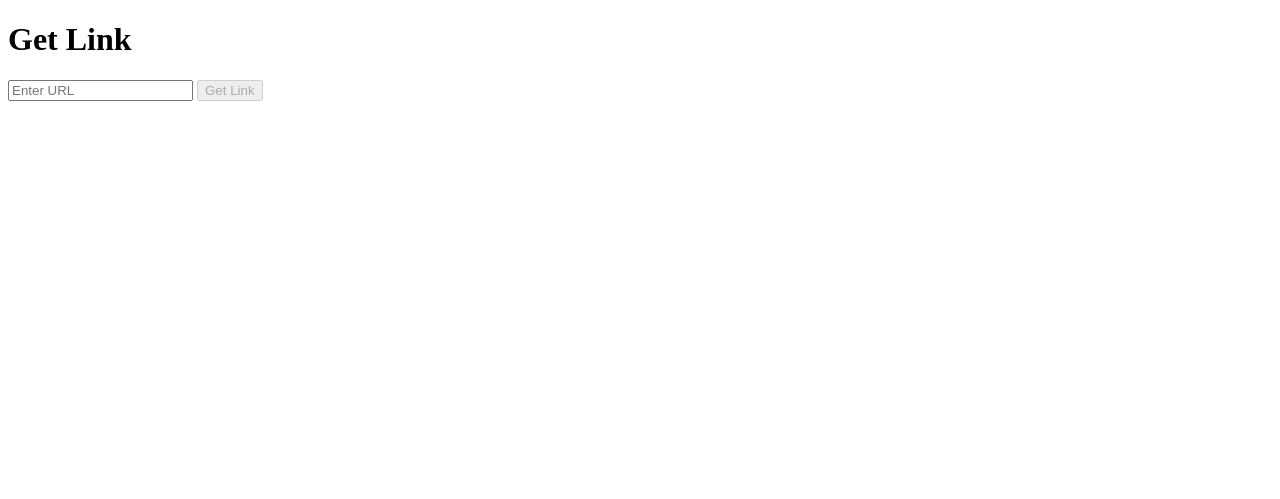
Repository: Dongnguyen318/Quydong
Page: Day 31/index.html
The author's editor kept a copy of each file at every save. The page is drawn from the files as they stood at one save, then again after the next save.
The browser window is 1280 px wide. The pictures show the whole page.

Above is the page before, as saved 2023-10-07 21:12:58.
Not found: Day 31/style.css

After the next save:
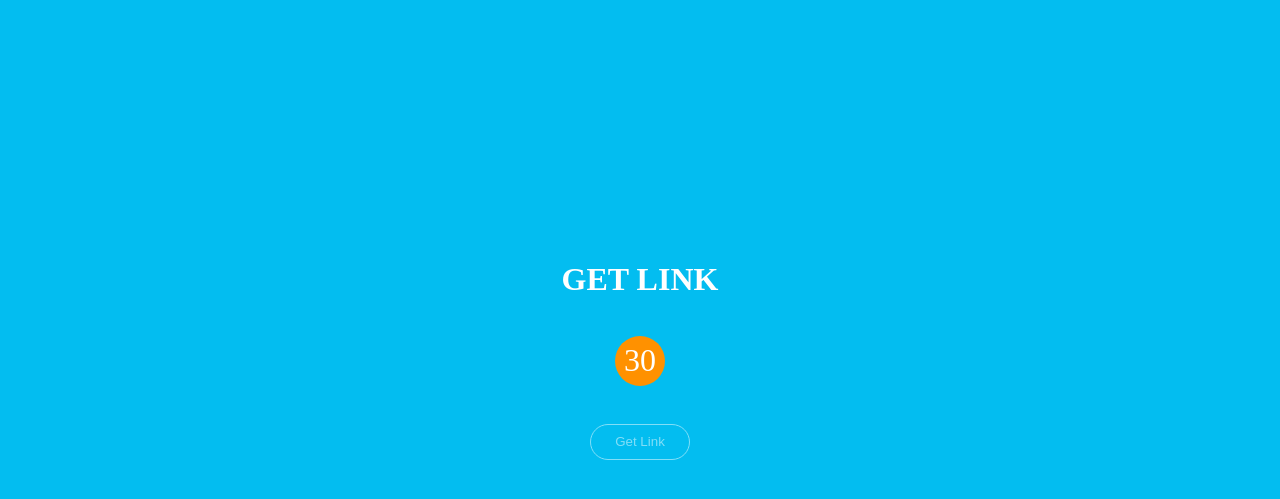
Not found: Day 31/js/main.js
Saved 6 s later.
--- a/Day 31/index.html
+++ b/Day 31/index.html
@@ -2,18 +2,20 @@
 <html lang="en">
   <head>
     <meta charset="UTF-8" />
-    <title>Get Link</title>
-    <link rel="stylesheet" href="style.css" />
+    <meta name="viewport" content="width=device-width, initial-scale=1.0" />
+    <title>Document</title>
+    <link rel="stylesheet" href="./css.css" />
   </head>
   <body>
-    <div class="container">
-      <h1>Get Link</h1>
-      <form action="" method="post">
-        <input type="text" name="url" placeholder="Enter URL" />
-        <button type="submit" disabled>Get Link</button>
-      </form>
-      <div class="links"></div>
-      <div class="timer"></div>
+    <div class="root">
+      <div class="timer">
+        <h1>GET LINK</h1>
+        <span class="count">30</span>
+        <div class="action">
+          <button class="btn" disabled>Get Link</button>
+        </div>
+      </div>
     </div>
+    <script src="./js/main.js"></script>
   </body>
 </html>
